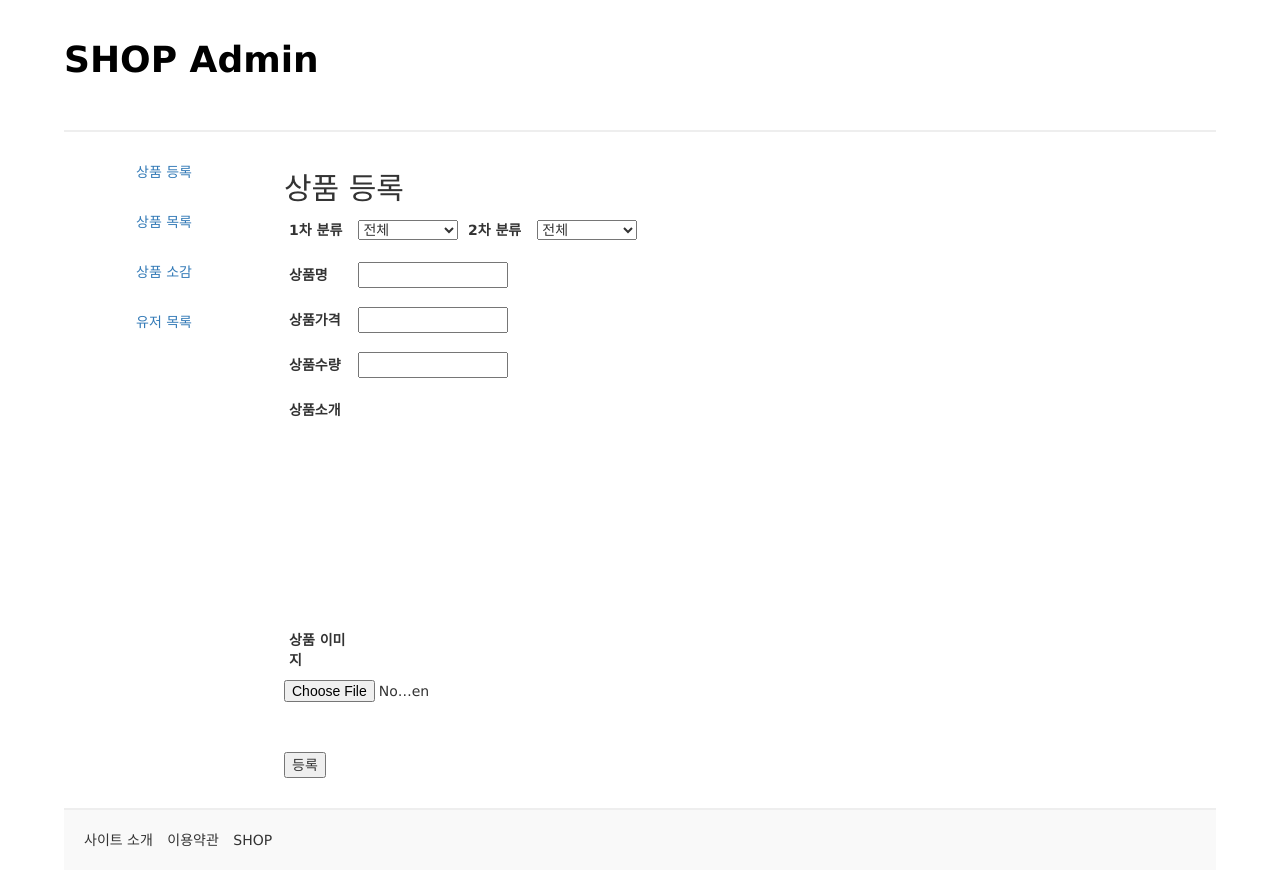
Repository: leesoonyong/shopping-mall
Page: http://localhost/shop/WEB-INF/views/admin/goods/register.jsp
An editor plug-in stored every save of this project. The page is shown before and after the next save, followed by the edit.
The browser window is 1280 px wide. The pictures show the whole page.
The page is served by Tomcat 9. Nobody is signed in. Other server files are loaded and not shown. The template is opened directly, without the code that normally fills it, so the values that code supplies are empty.

Above is the page before, as saved 2020-09-13 09:16:26.
Console error (its wording comes from the project's code and is left out).

### shop/src/main/webapp/WEB-INF/views/admin/goods/register.jsp
<%@ taglib uri="http://java.sun.com/jsp/jstl/core" prefix="c" %>
<%@ page language="java" contentType="text/html; charset=UTF-8" pageEncoding="UTF-8"%>
<!DOCTYPE html>
<html>
<head>
<meta charset="UTF-8">
<script src='https://code.jquery.com/jquery-3.3.1.min.js'></script>
<link rel="stylesheet" href="/resources/bootstrap/css/bootstrap.min.css">
<link rel="stylesheet" href="/resources/bootstrap/css/bootstrap-theme.min.css">
<script src="/resources/bootstrap/js/bootstrap.min.js"></script>
<script src="https://maxcdn.bootstrapcdn.com/bootstrap/3.3.2/js/bootstrap.min.js"></script>
<script src="/resources/ckeditor/ckeditor.js"></script>
<style>
body {
	font-family: '맑은 고딕', verdana;
	padding: 0;
	margin: 0;
}

ul {
	padding: 0;
	margin: 0;
	list-style: none;
}

div#root {
	width: 90%;
	margin: 0 auto;
}

header#header {
	font-size: 60px;
	padding: 20px 0;
}

header#header h1 a {
	color: #000;
	font-weight: bold;
}

nav#nav {
	padding: 10px;
	text-align: right;
}

nav#nav ul li {
	display: inline-block;
	margin-left: 10px;
}

section#container {
	padding: 20px 0;
	border-top: 2px solid #eee;
	border-bottom: 2px solid #eee;
}

section#container::after {
	content: "";
	display: block;
	clear: both;
}

aside {
	float: left;
	width: 200px;
}

div#container_box {
	float: right;
	width: calc(100% - 200px - 20px);
}

aside ul li {
	text-align: center;
	margin-bottom: 10px;
}

aside ul li a {
	display: block;
	width: 100%;
	padding: 10px 0;
	text-align: center;
	margin-bottom: 10px;
}

aside ul li a:hover {
	background: #eee;
}

footer#footer {
	background: #f9f9f9;
	padding: 20px;
}

footer#footer ul li {
	display: inline-block;
	margin-right: 10px;
}

.inputArea {
	margin: 10px 0;
}

select {
	width: 100px;
}

label {
	display: inline-block;
	width: 70px;
	padding: 5px;
}

label[for='gdsDes'] {
	display: block;
}

input {
	width: 150px;
}

textarea#gdsDes {
	width: 400px;
	height: 180px;
}
.select_img img{
	margin:20px 0;
}

</style>
</head>
<body>
<div id="root">
	<header id="header">
		<div id="header_box">
			<%@ include file="../include/header.jsp" %>
		</div>
	</header>

	<nav id="nav">
		<div id="nav_box">
			<%@ include file="../include/nav.jsp" %>
		</div>
	</nav>

	<section id="container">
		<aside>
			<%@ include file="../include/aside.jsp" %>
		</aside>
		<div id="container_box">
			<h2>상품 등록</h2>
			<form method="post" enctype="multipart/form-data">
				<div class="inputArea">
					<label>1차 분류</label>
					<select class="category1">
						<option value="">전체</option>
					</select>

					<label>2차 분류</label>
					<select class="category2" name="cateCode">
						<option value="">전체</option>
					</select>
				</div>

				<div class="inputArea">
					<label for="gdsName">상품명</label>
					<input type="text" id="gdsName" name="gdsName"/>
				</div>
				<div class="inputArea">
					<label for="gdsPrice">상품가격</label>
					<input type="text" id="gdsPrice" name="gdsPrice"/>
				</div>
				<div class="inputArea">
					<label for="gdsStock">상품수량</label>
					<input type="text" id="gdsStock" name="gdsStock"/>
				</div>
				<div class="inputArea">
					<label for="gdsDes">상품소개</label>
					<textarea rows="5" cols="50" id="gdsDes" name="gdsDes"></textarea>
				</div>
				<script>
					var ckeditor_config = {
						resize_enaleb : false,
						enterMode : CKEDITOR.ENTER_BR,
						shiftEnterMode : CKEDITOR.ENTER_P,
						filebrowserUploadUrl : "/admin/goods/ckUpload"
					};

					CKEDITOR.replace("gdsDes", ckeditor_config);
				</script>
				<div class="inputArea">
					<label for="gdsImg">상품 이미지</label>
					<input type="file" id="gdsImg" name="file"/>
					<div class="select_img"><img src=""/></div>
				</div>
				<div class="inputArea">
					<button type="submit" id="register_Btn">등록</button>
				</div>
			</form>
		</div>
	</section>

	<footer id="footer">
		<div id="footer_box">
			<%@ include file="../include/footer.jsp" %>
		</div>
	</footer>
</div>
<script>
//컨트롤러에서 데이터 받기
var jsonData = JSON.parse('${category}');
console.log(jsonData);

var cate1Arr = new Array();
var cate10bj = new Object();


//1차 분류 셀렉트 박스에 삽입할 데이터
for(var i = 0; i< jsonData.length; i++){
	if(jsonData[i].level == "1"){
		cate10bj = new Object();
		cate10bj.cateCode = jsonData[i].cateCode;
		cate10bj.cateName = jsonData[i].cateName;
		cate1Arr.push(cate10bj);
	}
}
//1차 분류 셀렉트 박스에 데이터삽입
var cate1Select = $("select.category1")

for(var i = 0; i < cate1Arr.length; i++) {
 cate1Select.append("<option value='" + cate1Arr[i].cateCode + "'>"
      + cate1Arr[i].cateName + "</option>");
}

$(document).on("change","select.category1",function(){
	var cate2Arr = new Array();
	var cate2Obj = new Object();

	//2차 분류 셀렉트 박스에 삽입할 데이터 준비
	for(var i = 0; i < jsonData.length; i++){
		if(jsonData[i].level == "2"){
			cate2Obj = new Object();
			cate2Obj.cateCode = jsonData[i].cateCode;
			cate2Obj.cateName = jsonData[i].cateName;
			cate2Obj.cateCodeRef = jsonData[i].cateCodeRef;

			cate2Arr.push(cate2Obj);
		}
	}

	var cate2Select = $("select.category2")
	/*
	for(var i = 0; i < cate2Arr.length; i++){
		cate2Select.append("<option value='" + cate2Arr[i].cateCode + "'>"
							+ cate2Arr[i].cateName + "</option>");
	}
	*/
	cate2Select.children().remove();
	$("option:selected", this).each(function(){
		var selectVal = $(this).val();
		cate2Select.append("<option value='"+ selectVal +"'>전체</option>");

		for(var i = 0; i < cate2Arr.length; i++){
			if(selectVal == cate2Arr[i].cateCodeRef){
				cate2Select.append("<option value='" + cate2Arr[i].cateCode + "'>"
									+ cate2Arr[i].cateName + "</option>");
			}
		}
	})
});

/*상품 이미지 스크립트*/
$("#gdsImg").change(function(){
	if(this.files && this.files[0]){
		var reader = new FileReader;
		reader.onload = function(data){
			$(".select_img img").attr("src", data.target.result).width(500);
		}
		reader.readAsDataURL(this.files[0]);
	}
});

//상품 가격 및 수량에 숫자체크(정규표현식)
var regExp = /[^0-9]/gi;

$("#gdsPrice").keyup(function(){
	numCheck($(this));
})

$("#gdsStock").keyup(function(){
	numCheck($(this));
})

function numCheck(selector){
	var tempVal = selector.val();
	selector.val(tempVal.replace(regExp,""));
}

</script>
</body>
</html>

### shop/src/main/webapp/WEB-INF/views/admin/include/header.jsp
<%@ taglib uri="http://java.sun.com/jsp/jstl/core" prefix="c" %>
<%@ page language="java" contentType="text/html; charset=UTF-8" pageEncoding="UTF-8"%>
<h1 class="title">
	<a href="/admin/index">SHOP Admin</a>
</h1>

### shop/src/main/webapp/WEB-INF/views/admin/include/nav.jsp
<%@ taglib uri="http://java.sun.com/jsp/jstl/core" prefix="c" %>
<%@ page language="java" contentType="text/html; charset=UTF-8" pageEncoding="UTF-8"%>
<ul>
<c:if test="${member != null}">
	<li>
		<a href="/">일반화면</a>
	</li>
	<li>
		<a href="/member/signOut">로그아웃</a>
	</li>
</c:if>
</ul>

### shop/src/main/webapp/WEB-INF/views/admin/include/aside.jsp
<%@ taglib uri="http://java.sun.com/jsp/jstl/core" prefix="c" %>
<%@ page language="java" contentType="text/html; charset=UTF-8" pageEncoding="UTF-8"%>
<ul>
	<li><a href="/admin/goods/register">상품 등록</a></li>
	<li><a href="/admin/goods/list">상품 목록</a></li>
	<li><a href="">상품 소감</a></li>
	<li><a href="">유저 목록</a></li>
</ul>

### shop/src/main/webapp/WEB-INF/views/admin/include/footer.jsp
<%@ taglib uri="http://java.sun.com/jsp/jstl/core" prefix="c" %>
<%@ page language="java" contentType="text/html; charset=UTF-8" pageEncoding="UTF-8"%>
<ul>
	<li>사이트 소개</li>
	<li>이용약관</li>
	<li>SHOP</li>
</ul>

### shop/src/main/webapp/resources/ckeditor/config.js
/**
 * @license Copyright (c) 2003-2020, CKSource - Frederico Knabben. All rights reserved.
 * For licensing, see https://ckeditor.com/legal/ckeditor-oss-license
 */

CKEDITOR.editorConfig = function( config ) {
	// Define changes to default configuration here.
	// For complete reference see:
	// https://ckeditor.com/docs/ckeditor4/latest/api/CKEDITOR_config.html

	// The toolbar groups arrangement, optimized for two toolbar rows.
	config.toolbarGroups = [
		{ name: 'clipboard',   groups: [ 'clipboard', 'undo' ] },
		{ name: 'editing',     groups: [ 'find', 'selection', 'spellchecker' ] },
		{ name: 'links' },
		{ name: 'insert' },
		{ name: 'forms' },
		{ name: 'tools' },
		{ name: 'document',	   groups: [ 'mode', 'document', 'doctools' ] },
		{ name: 'others' },
		'/',
		{ name: 'basicstyles', groups: [ 'basicstyles', 'cleanup' ] },
		{ name: 'paragraph',   groups: [ 'list', 'indent', 'blocks', 'align', 'bidi' ] },
		{ name: 'styles' },
		{ name: 'colors' },
		{ name: 'about' }
	];

	// Remove some buttons provided by the standard plugins, which are
	// not needed in the Standard(s) toolbar.
	config.removeButtons = 'Underline,Subscript,Superscript';

	// Set the most common block elements.
	config.format_tags = 'p;h1;h2;h3;pre';

	// Simplify the dialog windows.
	config.removeDialogTabs = 'image:advanced;link:advanced';
};

Loaded but not shown: shop/src/main/webapp/resources/bootstrap/css/bootstrap.min.css (library); shop/src/main/webapp/resources/bootstrap/css/bootstrap-theme.min.css (library); shop/src/main/webapp/resources/bootstrap/js/bootstrap.min.js (library); shop/src/main/webapp/resources/ckeditor/ckeditor.js (library)

After the next save:
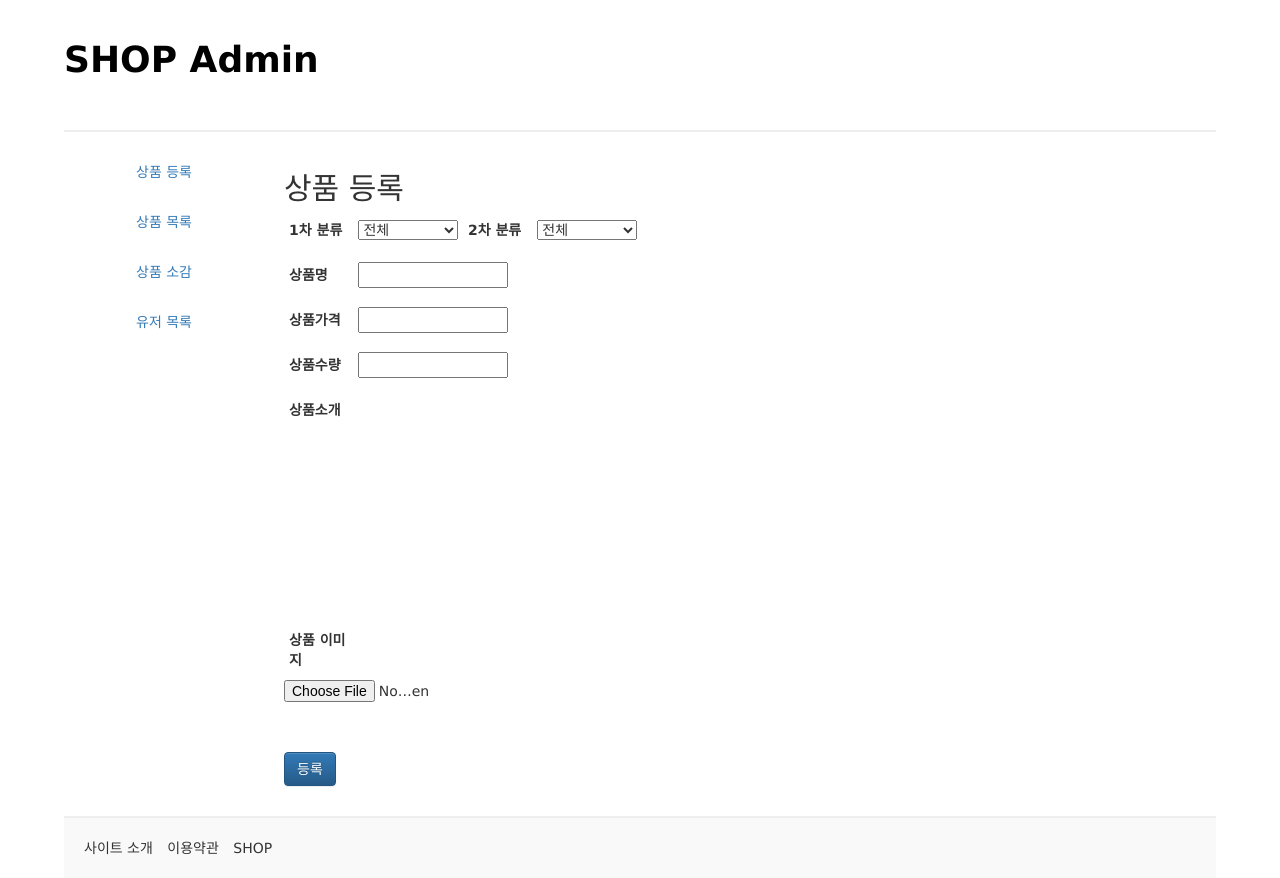
Saved 45 s later.
--- a/shop/src/main/webapp/WEB-INF/views/admin/goods/register.jsp
+++ b/shop/src/main/webapp/WEB-INF/views/admin/goods/register.jsp
@@ -194,7 +194,7 @@
 					<div class="select_img"><img src=""/></div>
 				</div>
 				<div class="inputArea">
-					<button type="submit" id="register_Btn">등록</button>
+					<button type="submit" id="register_Btn" class="btn btn-primary">등록</button>
 				</div>
 			</form>
 		</div>
